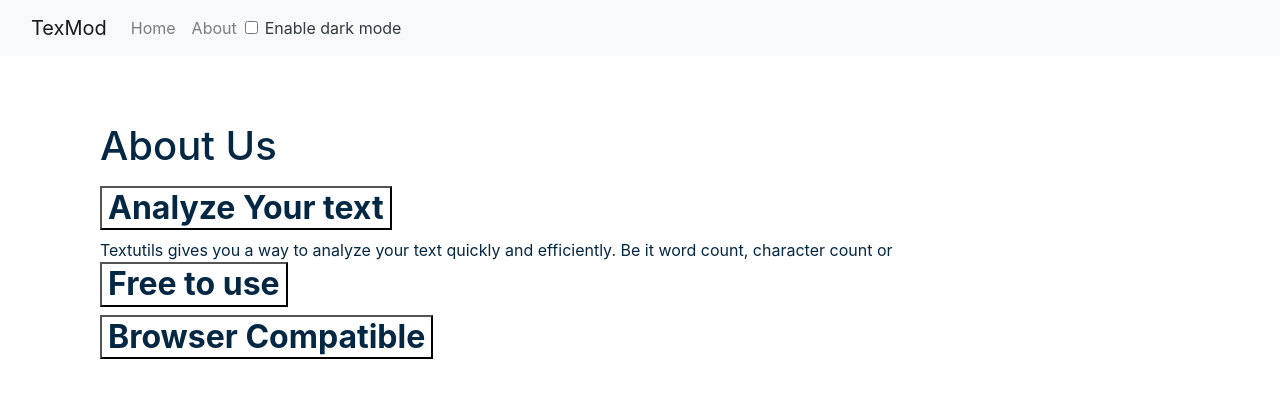
Repository: Ayush-dixit-15/TexMod
Page: /about
The author's editor kept a copy of each file at every save. The page is drawn from the files as they stood at one save, then again after the next save.
The browser window is 1280 px wide. The pictures show the whole page.
The project was rebuilt for these pictures with package versions that can differ from the ones it lists, and the page was loaded fresh each time. Also part of the build but not shown: src/App.css, src/components/TextForm.js.

Above is the page before, as saved 2022-07-01 14:01:55.

### public/index.html
<!DOCTYPE html>
<html lang="en">
  <head>
    <meta charset="utf-8" />
    <link rel="icon" href="%PUBLIC_URL%/favicon.ico" />
    <meta name="viewport" content="width=device-width, initial-scale=1" />
    <meta name="theme-color" content="#000000" />
    <meta
      name="description"
      content=""
    />
    <link rel="apple-touch-icon" href="%PUBLIC_URL%/logo192.png" />
    <link rel="manifest" href="%PUBLIC_URL%/manifest.json" />
    <link rel="stylesheet" href="https://cdn.jsdelivr.net/npm/bootstrap@4.6.1/dist/css/bootstrap.min.css" integrity="sha384-zCbKRCUGaJDkqS1kPbPd7TveP5iyJE0EjAuZQTgFLD2ylzuqKfdKlfG/eSrtxUkn" crossorigin="anonymous">
    <link rel="apple-touch-icon" sizes="57x57" href="/apple-icon-57x57.png">
    <link rel="apple-touch-icon" sizes="57x57" href="/apple-icon-57x57.png">
    <link rel="apple-touch-icon" sizes="60x60" href="/apple-icon-60x60.png">
    <link rel="apple-touch-icon" sizes="72x72" href="/apple-icon-72x72.png">
    <link rel="apple-touch-icon" sizes="76x76" href="/apple-icon-76x76.png">
    <link rel="apple-touch-icon" sizes="114x114" href="/apple-icon-114x114.png">
    <link rel="apple-touch-icon" sizes="120x120" href="/apple-icon-120x120.png">
    <link rel="apple-touch-icon" sizes="144x144" href="/apple-icon-144x144.png">
    <link rel="apple-touch-icon" sizes="152x152" href="/apple-icon-152x152.png">
    <link rel="apple-touch-icon" sizes="180x180" href="/apple-icon-180x180.png">
    <link rel="icon" type="image/png" sizes="192x192"  href="/android-icon-192x192.png">
    <link rel="icon" type="image/png" sizes="32x32" href="/favicon-32x32.png">
    <link rel="icon" type="image/png" sizes="96x96" href="/favicon-96x96.png">
    <link rel="icon" type="image/png" sizes="16x16" href="/favicon-16x16.png">
    <link rel="manifest" href="/manifest.json">
    <meta name="msapplication-TileColor" content="#ffffff">
    <meta name="msapplication-TileImage" content="/ms-icon-144x144.png">
    <meta name="theme-color" content="#ffffff">
    <title>TexMod</title>
  </head>
  <body>

    <div id="root"></div>
    <script src="https://cdn.jsdelivr.net/npm/jquery@3.5.1/dist/jquery.slim.min.js" integrity="sha384-DfXdz2htPH0lsSSs5nCTpuj/zy4C+OGpamoFVy38MVBnE+IbbVYUew+OrCXaRkfj" crossorigin="anonymous"></script>
    <script src="https://cdn.jsdelivr.net/npm/bootstrap@4.6.1/dist/js/bootstrap.bundle.min.js" integrity="sha384-fQybjgWLrvvRgtW6bFlB7jaZrFsaBXjsOMm/tB9LTS58ONXgqbR9W8oWht/amnpF" crossorigin="anonymous"></script>
  </body>
</html>

### src/App.js
import './App.css';
import Navbar from './components/Navbar';
import TextForm from './components/TextForm';
import About from './components/About';
import React, { useState } from 'react';
import Alert from './components/Alert';
import {
  BrowserRouter as Router,
  Switch,
  Route
} from "react-router-dom";


function App() {
  const [mode, setMode] = useState('light'); // Whether dark mode is enabled or not
  const [alert, setAlert] = useState(null);

  const showAlert = (message, type)=>{
      setAlert({
        msg: message,
        type: type
      })
      setTimeout(() => {
          setAlert(null);
      }, 1500);
  }

  const toggleMode = ()=>{
    if(mode === 'light'){
      setMode('dark');
      document.body.style.backgroundColor = '#042743';
      showAlert("Dark mode has been enabled", "success");
    }
    else{
      setMode('light');
      document.body.style.backgroundColor = 'white';
      showAlert("Light mode has been enabled", "success");
    }
  }
  return (
    <>
    <Router>
    <Navbar title="TexMod" mode={mode} toggleMode={toggleMode} key={new Date()} />
    <Alert alert={alert}/>
    <div className="container my-3">
    <Switch>
    {/* /users --> Component 1
        /users/home --> Component 2 */}
          <Route exact path="/about">
            <About mode={mode} />
          </Route>
          <Route exact path="/">
            <TextForm showAlert={showAlert} heading="TexMod" mode={mode}/>
          </Route>
    </Switch>
    </div>
    </Router>
    </>
  );
}

export default App;

### src/components/Navbar.js
import React from "react";
import PropTypes from "prop-types";
import { Link } from "react-router-dom";

export default function Navbar(props) {
  return (
    <nav
      className={`navbar navbar-expand-lg navbar-${props.mode} bg-${props.mode}`}
    >
      <div className="container-fluid">
        <Link className="navbar-brand" to="/">
          {props.title}
        </Link>
        <button
          className="navbar-toggler"
          type="button"
          data-bs-toggle="collapse"
          data-bs-target="#navbarSupportedContent"
          aria-controls="navbarSupportedContent"
          aria-expanded="false"
          aria-label="Toggle navigation"
        >
          <span className="navbar-toggler-icon"></span>
        </button>
        <div className="collapse navbar-collapse" id="navbarSupportedContent">
          <ul className="navbar-nav me-auto mb-2 mb-lg-0">
            <li className="nav-item">
              <Link className="nav-link" aria-current="page" to="/">
                Home
              </Link>
            </li>
            <li className="nav-item">
              <Link className="nav-link" to="/about">
                {props.aboutText}
              </Link>
            </li>
          </ul>
          <div
            className={`form-check form-switch text-${
              props.mode === "light" ? "dark" : "light"
            }`}
          >

            <input class="form-check-input"   onClick={props.toggleMode} type="checkbox" role="switch" id="flexSwitchCheckDefault"/>
  <label class="form-check-label" for="flexSwitchCheckDefault">  Enable dark mode</label>
          </div>
        </div>
      </div>
    </nav>
  );
}

Navbar.propTypes = {
  title: PropTypes.string.isRequired,
  aboutText: PropTypes.string.isRequired,
};

Navbar.defaultProps = {
  title: "Set title here",
  aboutText: "About",
};

### src/components/About.js
import React from 'react'

export default function About(props) {

    // const [myStyle, setMyStyle] = useState({
    //     color: 'black',
    //     backgroundColor: 'white'
    // })
    let myStyle = {
        color: props.mode ==='dark'?'white':'#042743',
        backgroundColor: props.mode ==='dark'?'rgb(36 74 104)':'white',
    }

    return (
        <div className="container">
            <h1 className="my-3" style={{color: props.mode ==='dark'?'white':'#042743'}}>About Us</h1>
            <div className="accordion" id="accordionExample">
                <div className="accordion-item">
                    <h2 className="accordion-header" id="headingOne">
                    <button className="accordion-button" type="button" style={myStyle} data-bs-toggle="collapse" data-bs-target="#collapseOne" aria-expanded="true" aria-controls="collapseOne">
                    <strong>Analyze Your text </strong>
                    </button>
                    </h2>
                    <div id="collapseOne" className="accordion-collapse collapse show" aria-labelledby="headingOne" data-bs-parent="#accordionExample">
                    <div className="accordion-body" style={myStyle}>
                    Textutils gives you a way to analyze your text quickly and efficiently. Be it word count, character count or

                    </div>
                    </div>
                </div>
                <div className="accordion-item">
                    <h2 className="accordion-header" id="headingTwo">
                    <button className="accordion-button collapsed" style={myStyle} type="button" data-bs-toggle="collapse" data-bs-target="#collapseTwo" aria-expanded="false" aria-controls="collapseTwo">
                    <strong>Free to use </strong>
                    </button>
                    </h2>
                    <div id="collapseTwo" className="accordion-collapse collapse" aria-labelledby="headingTwo" data-bs-parent="#accordionExample">
                    <div className="accordion-body" style={myStyle}>
                    TextUtils is a free character counter tool that provides instant character count & word count statistics for a given text. TextUtils reports the number of words and characters. Thus it is suitable for writing text with word/ character limit.
                    </div>
                    </div>
                </div>
                <div className="accordion-item">
                    <h2 className="accordion-header" id="headingThree">
                    <button className="accordion-button collapsed" style={myStyle} type="button" data-bs-toggle="collapse" data-bs-target="#collapseThree" aria-expanded="false" aria-controls="collapseThree">
                    <strong>Browser Compatible </strong>
                    </button>
                    </h2>
                    <div id="collapseThree" className="accordion-collapse collapse" aria-labelledby="headingThree" data-bs-parent="#accordionExample">
                    <div className="accordion-body" style={myStyle}>
                    This word counter software works in any web browsers such as Chrome, Firefox, Internet Explorer, Safari, Opera. It suits to count characters in facebook, blog, books, excel document, pdf document, essays, etc.

                    </div>
                    </div>
                </div>
            </div>

        </div>
    )
}

Loaded but not shown: src/index.js (common file); src/index.css (common file); src/reportWebVitals.js (common file); src/components/Alert.js (common file)

After the next save:
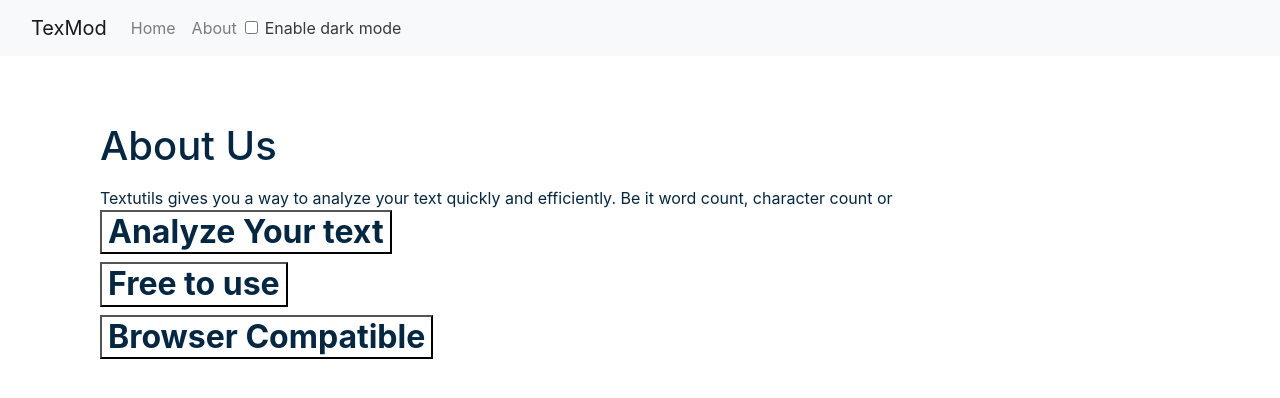
Saved 2 min 0 s later.
--- a/src/components/About.js
+++ b/src/components/About.js
@@ -14,6 +14,11 @@ export default function About(props) {
     return (
         <div className="container">
             <h1 className="my-3" style={{color: props.mode ==='dark'?'white':'#042743'}}>About Us</h1>
+            <div id="collapseOne" className="accordion-collapse collapse show" aria-labelledby="headingOne" data-bs-parent="#accordionExample">
+                    <div className="accordion-body" style={myStyle}>
+                    Textutils gives you a way to analyze your text quickly and efficiently. Be it word count, character count or
+
+                    </div>
             <div className="accordion" id="accordionExample">
                 <div className="accordion-item">
                     <h2 className="accordion-header" id="headingOne">
@@ -21,11 +26,7 @@ export default function About(props) {
                     <strong>Analyze Your text </strong>
                     </button>
                     </h2>
-                    <div id="collapseOne" className="accordion-collapse collapse show" aria-labelledby="headingOne" data-bs-parent="#accordionExample">
-                    <div className="accordion-body" style={myStyle}>
-                    Textutils gives you a way to analyze your text quickly and efficiently. Be it word count, character count or
 
-                    </div>
                     </div>
                 </div>
                 <div className="accordion-item">
